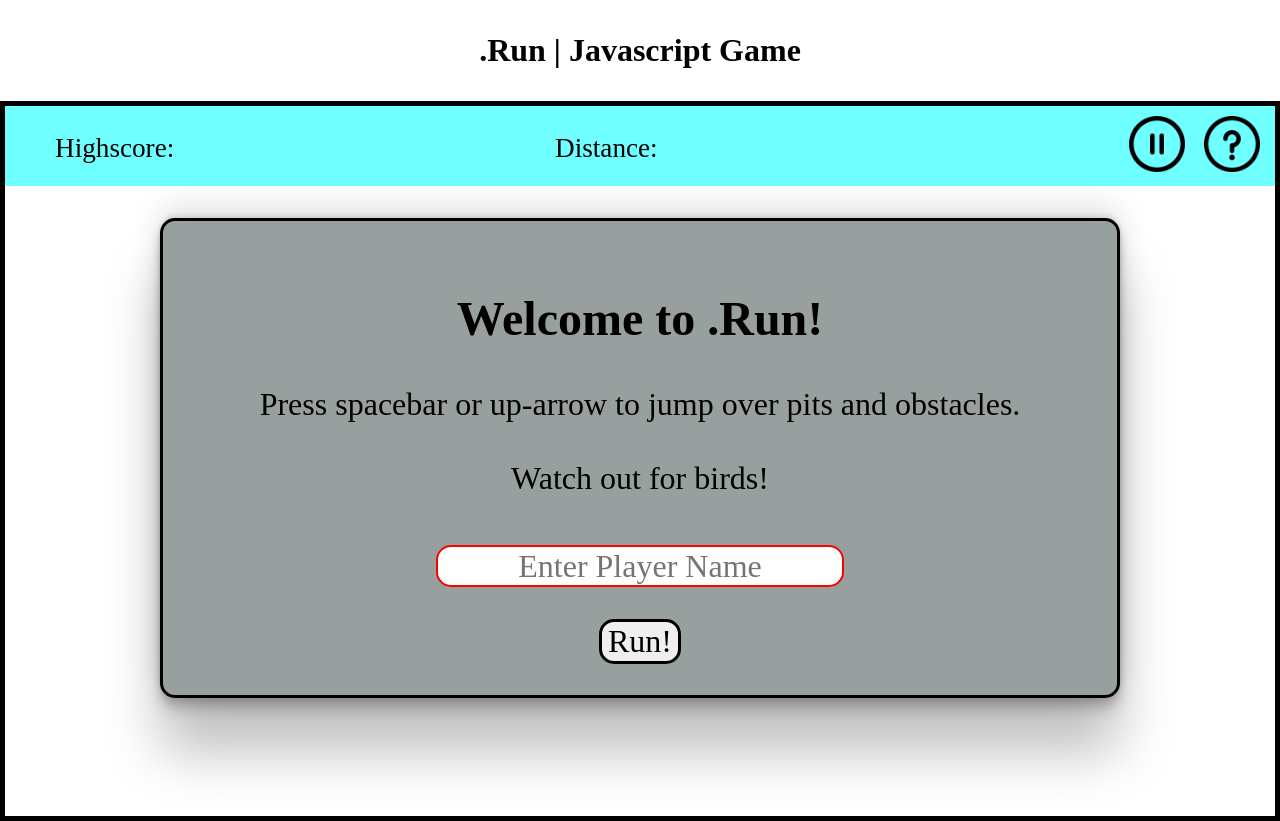
Repository: jellymel0n/bit-biker
Page: index.html
These files come from the project's save history. The page is drawn as it stood at one moment and after the next save; the edit follows.
The browser window is 1280 px wide. The pictures show the whole page.

Above is the page before, as saved 2021-06-29 10:14:30.

After the next save:
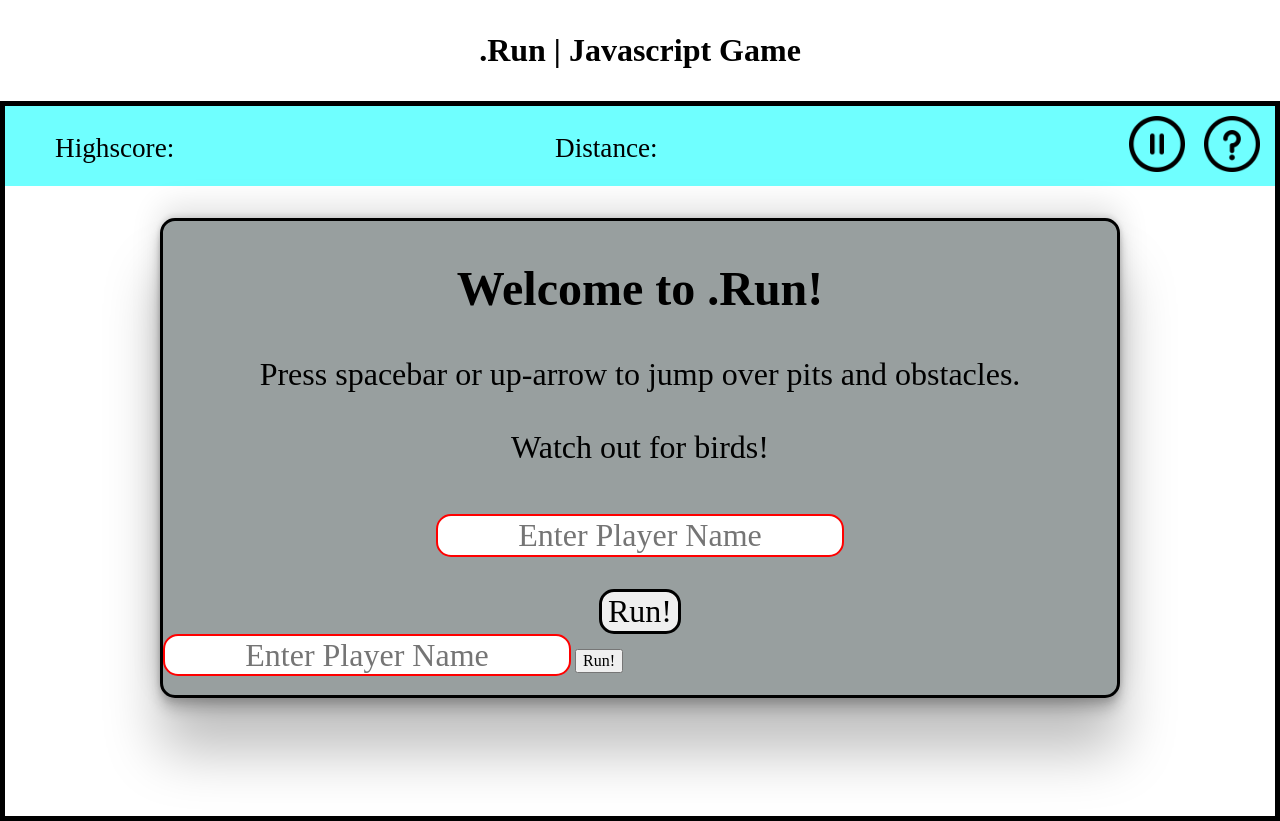
Saved 3 h 33 min later.
--- a/index.html
+++ b/index.html
@@ -35,6 +35,8 @@
                 <input type="text" id="player-name" name="player-name" placeholder="Enter Player Name"><br>
                 <input type="submit" value='Run!'>
             </form>
+            <input id='player-name' type='text' placeholder='Enter Player Name'>
+            <button id='savePlayer'>Run!</button>
         </div>
         <!-- End of splash screen -->
 
